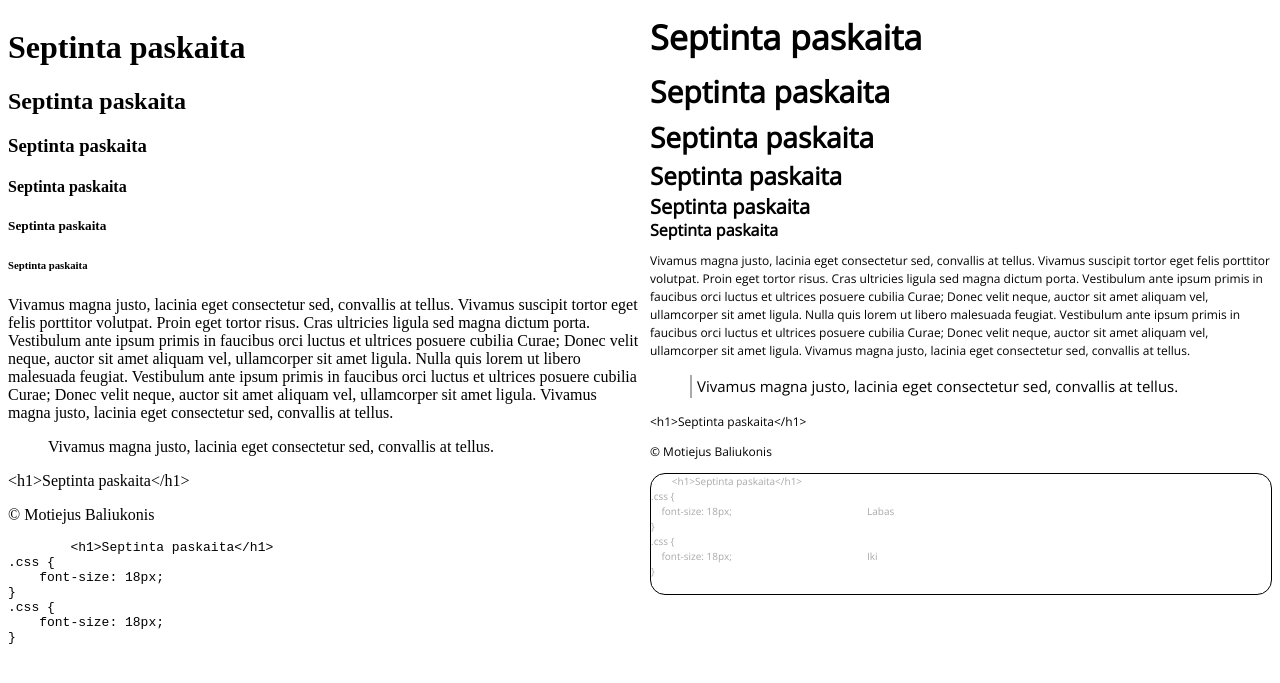
Repository: motiejus1/07-paskaita-05.31
Page: index.html
An editor plug-in stored every save of this project. The page is shown before and after the next save, followed by the edit.
The browser window is 1280 px wide. The pictures show the whole page.

Above is the page before, as saved 2021-06-10 20:48:50.

After the next save:
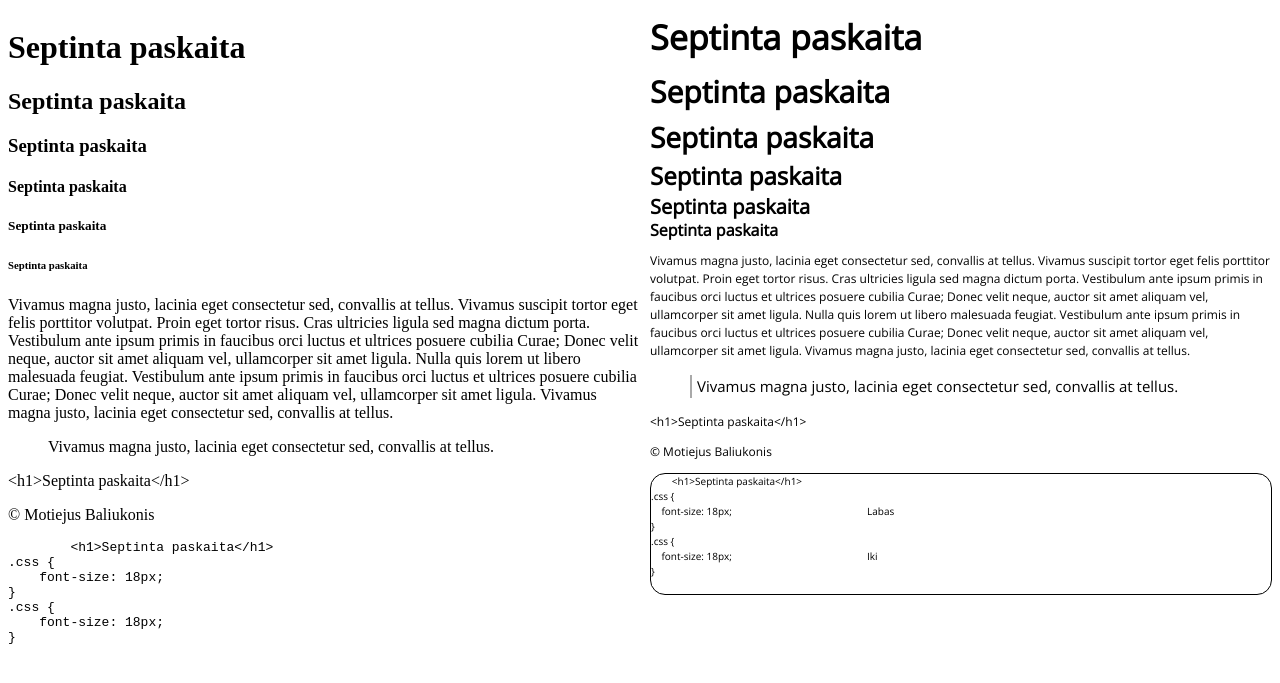
Saved 28 s later.
--- a/index.html
+++ b/index.html
@@ -28,7 +28,7 @@
             font-family: 'Open Sans', sans-serif;
             font-size: 10px;
             line-height: 1.5;
-            color:darkgrey;
+            color: black;
             border: 1px solid black;
             border-radius: 15px;
         }
